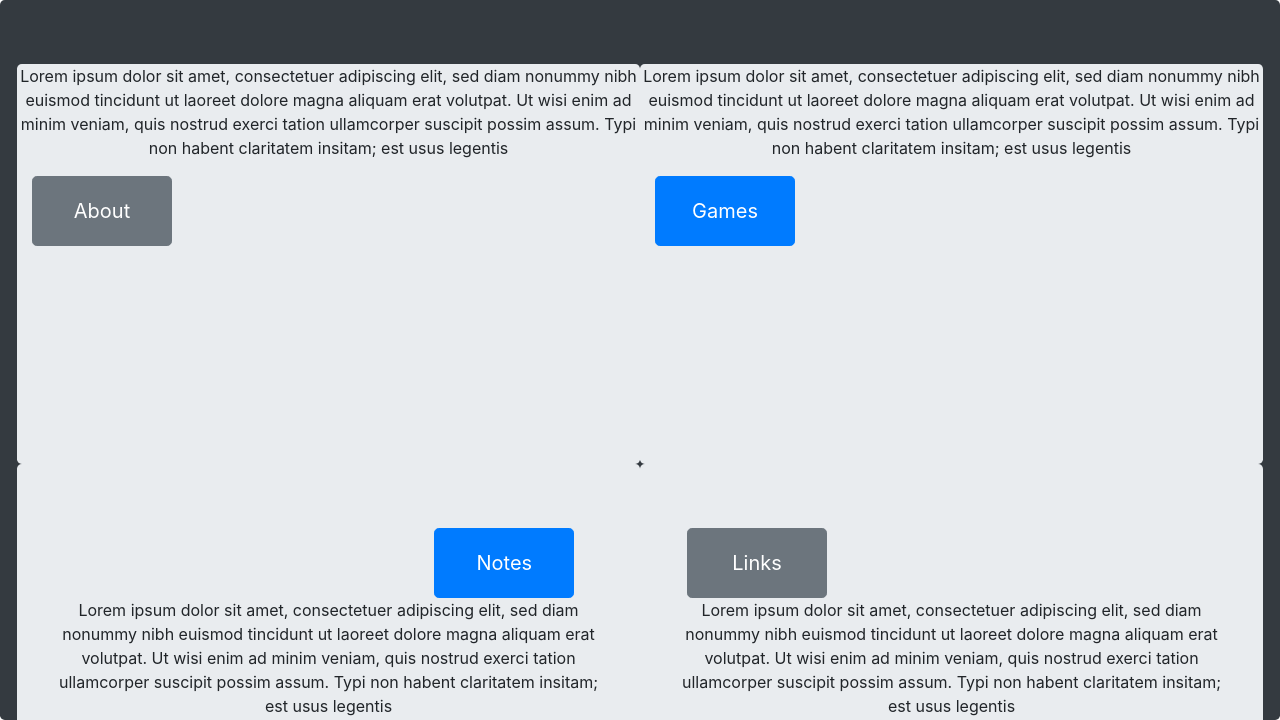
Repository: Kamicoda/Noteblock
Page: index.html
The author's editor kept a record of every edit. The page is drawn from the files as they stood at one moment, then again after the next edit.
The browser window is 1280 px wide. The pictures show the whole page.
Some web libraries are served in a nearby version.

Above is the page before.

After the next edit:
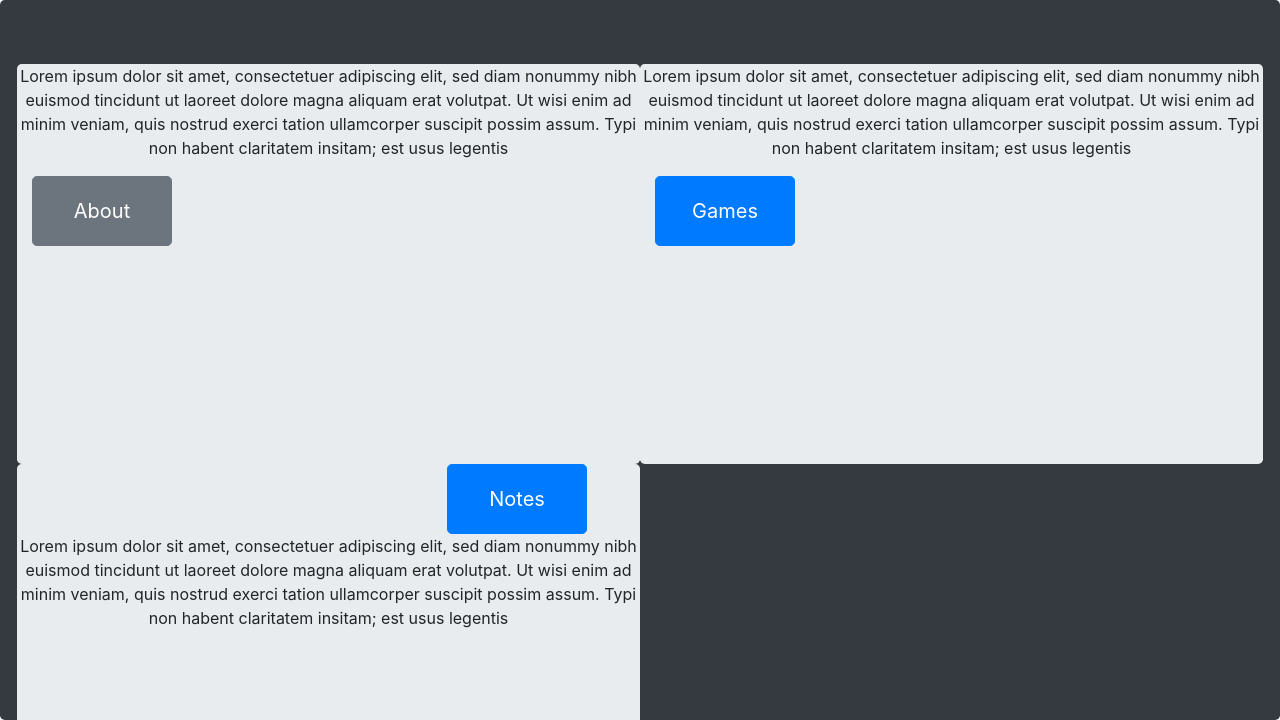
The edit:
--- a/index.html
+++ b/index.html
@@ -72,8 +72,8 @@
             <div class="row navbottomrow">
 
                 <div class="col-6 notes">
-                    <div class="container cnotes ">
-                        <div class="jumbotron">
+
+                        <div class="jumbotron cnotes">
                             <div class="row">
                                 <div class="col">
                                     <div class="col">
